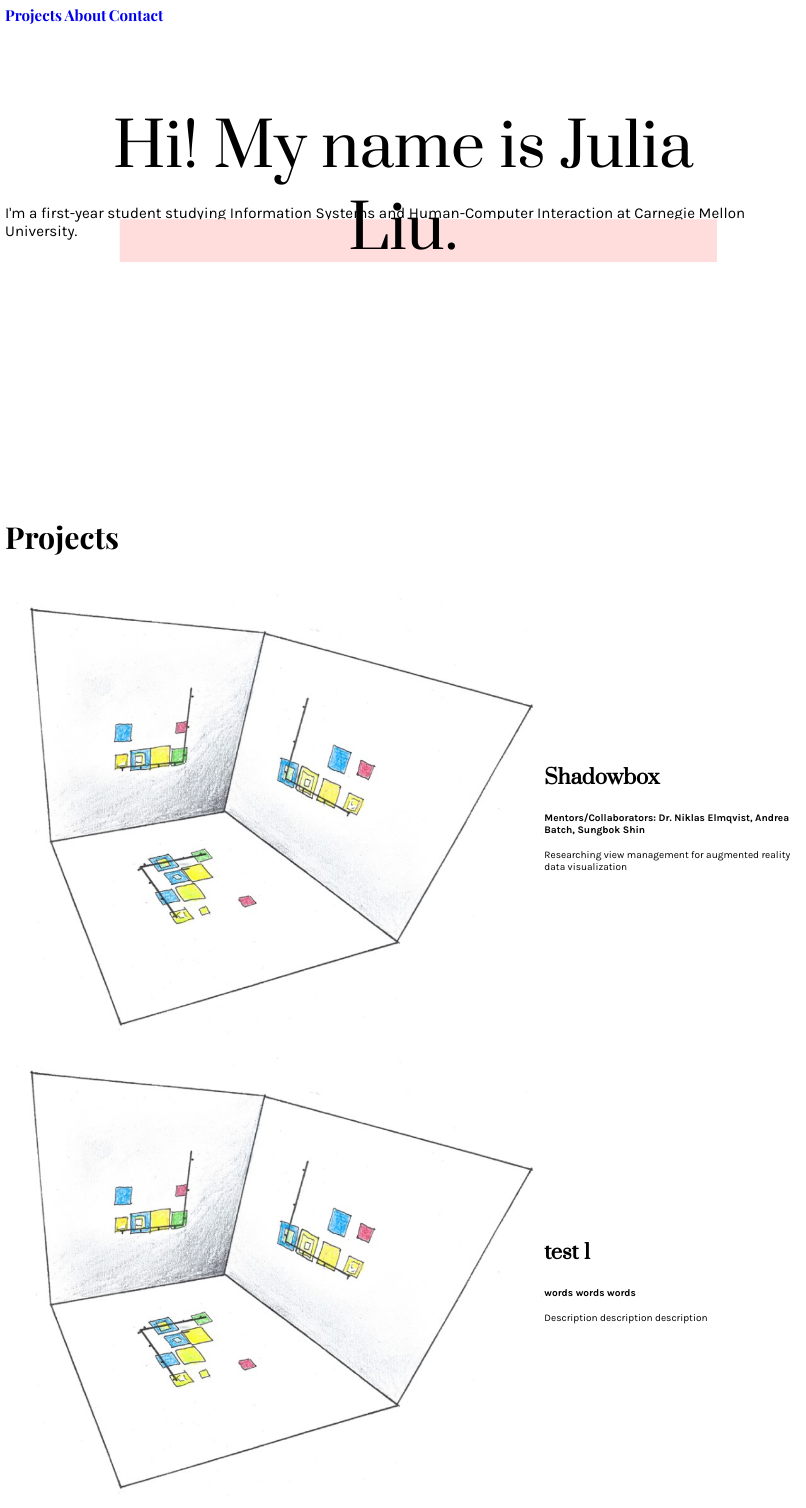
Repository: liu-julia/liu-julia.github.io
Page: index.html
An editor plug-in stored every save of this project. The page is shown before and after the next save, followed by the edit.
The browser window is 1280 px wide. The pictures show the whole page, at 63% of full size.

Above is the page before, as saved 2022-04-26 22:38:47.

After the next save:
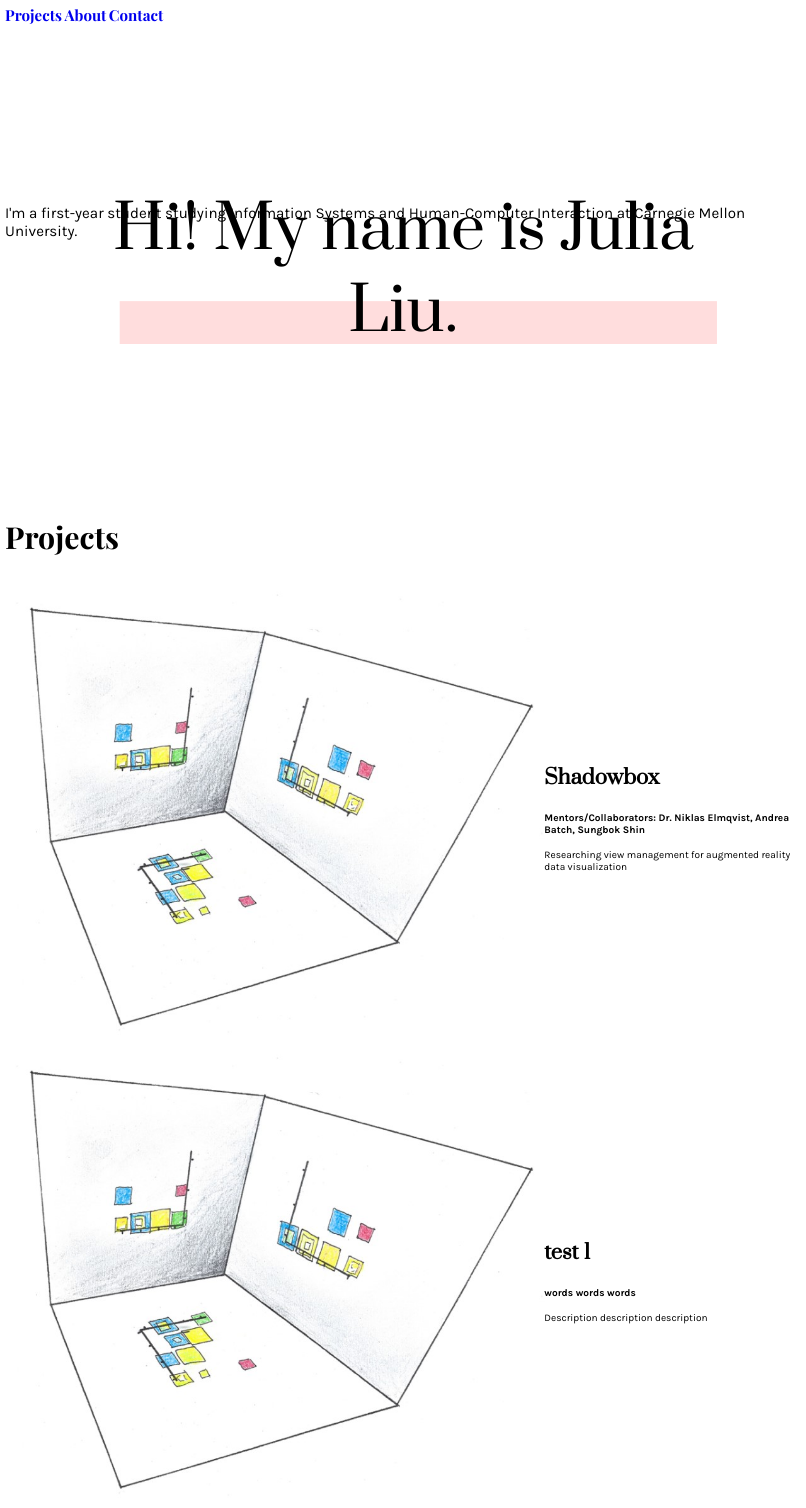
Saved 4 s later.
--- a/css/styles.css
+++ b/css/styles.css
@@ -19,7 +19,7 @@ h1 {
     height: 100%;
 }
 h1{
-    transform: translate(0, 50%);
+    transform: translate(0, 100%);
     position: relative;
     display: flex;
     text-align: center;
